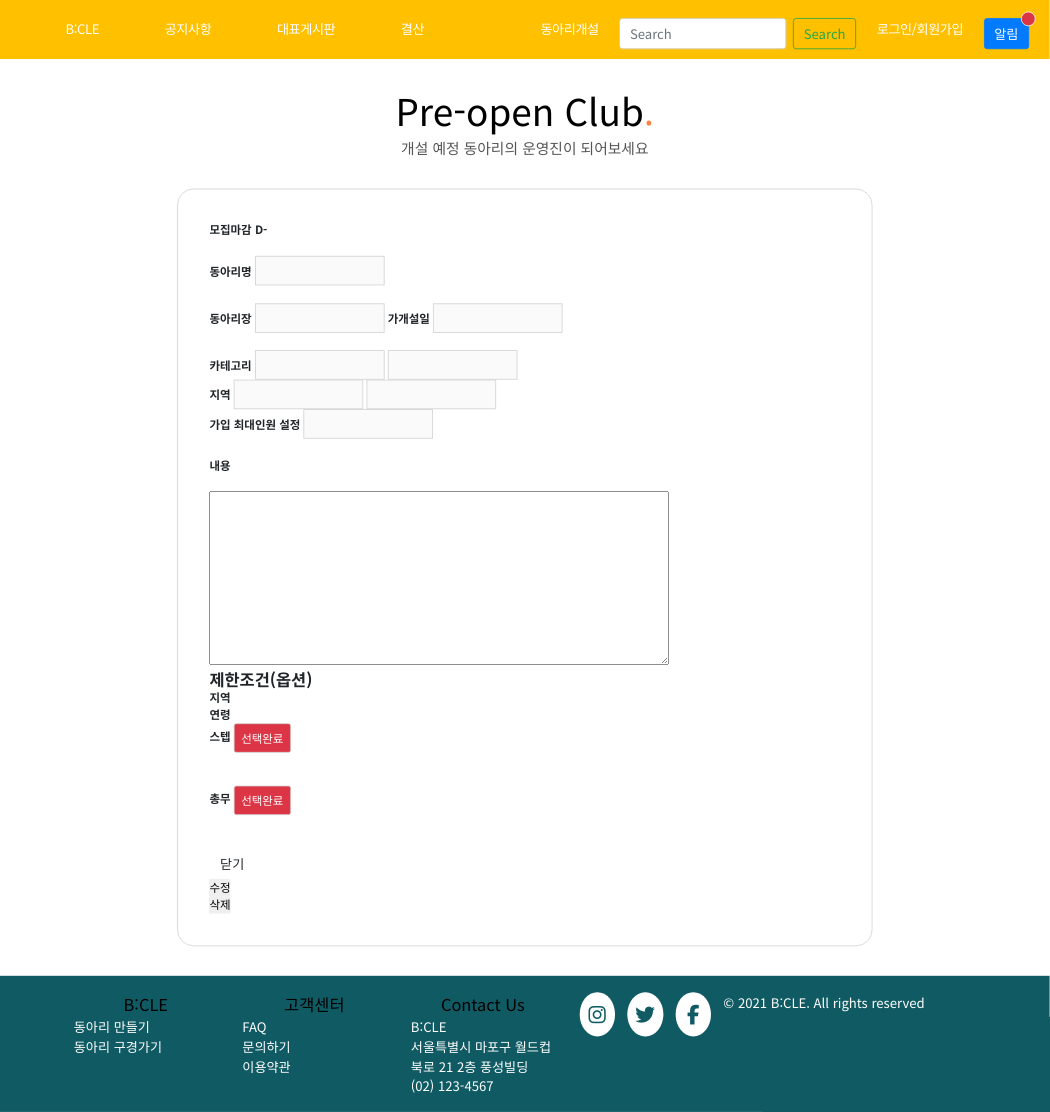
Repository: CHAEYUN7074/SpringProject
Page: http://localhost/viewpages/WEB-INF/view/ClubBeforeOpenedContents.jsp
An editor plug-in stored every save of this project. The page is shown before and after the next save, followed by the edit.
The browser window is 1280 px wide. The pictures show the whole page, at 82% of full size.
Some web fonts or font styles are not loaded; a fallback is used. Some web libraries are served in a nearby version. The page is served by Tomcat 9. Nobody is signed in. Other server files are loaded and not shown. The template is opened directly, without the code that normally fills it, so the values that code supplies are empty.

Above is the page before, as saved 2021-12-27 14:06:26.

### viewpages/WebContent/WEB-INF/view/ClubBeforeOpenedContents.jsp
<%@ page contentType="text/html; charset=UTF-8"%>
<%@ taglib prefix="c" uri="http://java.sun.com/jsp/jstl/core"%>
<%
   request.setCharacterEncoding("UTF-8");
String cp = request.getContextPath();
%>
<!DOCTYPE html>
<html>
<head>
<meta charset="UTF-8">
<title>ClubBeforeOpenedContents.jsp</title>
<link rel="stylesheet" href="css/mainpage.css">
<script type="text/javascript" src="http://code.jquery.com/jquery.min.js"></script>
<script type="text/javascript" src="<%=cp%>/js/jquery-ui.js"></script>
<script type="text/javascript" src="<%=cp%>/js/ajax.js"></script>

<!-- 부트스트랩 -->

<!-- <link rel="stylesheet" href="https://maxcdn.bootstrapcdn.com/bootstrap/3.4.1/css/bootstrap.min.css"> -->
<link href="https://cdn.jsdelivr.net/npm/bootstrap@5.1.3/dist/css/bootstrap.min.css" rel="stylesheet">
  <script src="https://cdn.jsdelivr.net/npm/bootstrap@5.1.3/dist/js/bootstrap.bundle.min.js"></script>
<script type="text/javascript" src="js/bootstrap.min.js"></script>
<style type="text/css">
@import
   url('https://fonts.googleapis.com/css?family=Exo+2|Noto+Sans+KR&display=swap')
   ;

.list-title{margin-top : 5vh;}
.profile {
   width: 100%;
   height: 100%;
   object-fit: cover;
}

.container {
   display: flex;
}

#staffModal {
   z-index: 9999;
}

#managerModal {
   z-index: 9999;
}

#contents {
   margin : 5vh 30vh 5vh 30vh;
   padding : 3%;
   border : 1px solid lightgray;
   border-radius : 20px;
   font-family: 'Noto Sans KR', sans-serif;
   font-weight:bold;
}

#contents input {  border : 1px solid lightgray;    height : 5vh; margin-right : 0vh; height : 5vh}
#contents p {margin-bottom : 3vh;}


</style>

<script>
$(document).ready(function()
{
   //alert('${admin}');
   //alert(('${admin}' == ""));

   //스텝 지원하기 눌렀을 때
   $("#applyBtn1").click(function()
   {
      var cid = '${clubDetail.cid}';
      var mid = '${mid}';
      var position_id = 3; // 스태프 직위 번호는 3

      alert("스태프 지원 완료!");
      $(location).attr("href", "preclubjoininsert.action?cid="+cid+"&mid="+mid+"&position_id="+position_id);

    });

   //총무 지원하기 눌렀을 때
   $("#applyBtn2").click(function()
   {
      var cid = '${clubDetail.cid}';
      var mid = '${mid}';
      var position_id = 2; // 총무 직위 번호는 2

      alert("총무 지원 완료!");
      $(location).attr("href", "preclubjoininsert.action?cid="+cid+"&mid="+mid+"&position_id="+position_id);

    });

   //스텝 지원취소 눌렀을 때
   $("#cancleBtn1").click(function()
   {
      var cid = '${clubDetail.cid}';
      var mid = '${mid}';

      if(confirm("스태프 지원을 취소하겠습니까?"))
      {
         $(location).attr("href", "preclubjoindelete.action?cid="+cid+"&mid="+mid);
      }
    });

   //총무 지원취소 눌렀을 때
   $("#cancleBtn2").click(function()
   {
      var cid = '${clubDetail.cid}';
      var mid = '${mid}';

      if(confirm("총무 지원을 취소하겠습니까?"))
      {
         $(location).attr("href", "preclubjoindelete.action?cid="+cid+"&mid="+mid);
      }
    });


   $(function()
   {
      $(".updateBtn").click(function()
      {
         //alert($(this).val());
         $(location).attr("href", "preclubupdateform.action?cid=" + $(this).val());

      });

      $(".deleteBtn").click(function()
      {
         //alert($(this).val());
         if(confirm("현재 선택한 데이터를 정말 삭제하시겠습니까?"))
         {
            $(location).attr("href", "preclubdelete.action?cid=" + $(this).val());
         }
      });

   });

    //글 작성자에게만 수정 버튼이 보이도록한다.
      $(document).ready(function()
      {
         if ('${mid}' == '${clubDetail.mid}')

         {
            $("#updateBtn").css("display", "block");
         } else
         {
            $("#updateBtn").css("display", "none");
         }

      });

      //글 작성자에게만 삭제 버튼이 보이도록한다. ++ // 관리자
      $(document).ready(function()
      {

         if (('${mid}' == '${clubDetail.mid}') ||('${admin}' != ""))

         {
            $("#deleteBtn").css("display", "block");
         } else
         {
            $("#deleteBtn").css("display", "none");
         }

      });

      $(".updateBtn").click(function()
      {
         $('#managerModal').modal('show');
      });



});

</script>
</head>
<body>

   <!--
ClubBeforeOpenedContents.jsp
- 메인화면(로그인 전) 페이지 2 -⑤ 회원 모집 동아리 상세페이지(내용)
- 개절예정 동아리(스탭프 지원(동의)받는중)
 -->
   <div class="wrap">
      <!-- 네브 영역 -->
      <div>
         <c:import url="nav.jsp"></c:import>
      </div>


       <section class="list-title">
         <div class="title">
            <h2>Pre-open Club<span>.</span></h2>
            <p>개설 예정 동아리의 운영진이 되어보세요</p>
         </div>
      </section>

      <!-- 콘텐츠 영역 -->
      <div id="contents">
         <div>
            <p>모집마감 D- ${clubDetail.day} </p>
         </div>

         <div>
            <form action="">
               <div>
                  <p>   동아리명
                  <input type="text" id="title" name="title" value="${clubDetail.title }"  disabled="disabled">
                  </p>
                  <p>
                     동아리장
                     <input type="text" id="nickname" name="nickname" value="${clubDetail.nickname }" disabled="disabled">
                     가개설일
                     <input type="text" id="preopendate" name="preopendate" value="${clubDetail.preopendate}" disabled="disabled">
                  </p>
                  <div>
                     카테고리
                     <input type="text" id="l_cat" name="l_cat" value="${clubDetail.l_cat}" disabled="disabled">
                     <input type="text" id="s_cat" name="s_cat" value="${clubDetail.s_cat}" disabled="disabled">
                  </div>
                  <div>
                     지역
                     <input type="text"  value="${clubDetail.city}" disabled="disabled">
                     <input type="text" value="${clubDetail.local}" disabled="disabled">
                  </div>
                  <p>
                     가입 최대인원 설정
                     <input type="text" value="${clubDetail.max}" disabled="disabled">
                  </p>
                  <div>
                     <p>내용</p>
                     <textarea rows="10" cols="70">
                     ${clubDetail.content}
                     </textarea>
                  </div>

                  <div>
                     <h5>제한조건(옵션)</h5>
                     <div>
                     <!-- if로 받아온 지역제한 코드가 'X'면 없음으로 보이고
                     있으면 받아온 지역명으로 보이게-->
                        지역&nbsp;
                     <c:choose>
                        <c:when test="${clubDetail.limit_id eq 'X'}">
                           <input type="text" value="없음" disabled="disabled">
                           <input type="text" value="없음" disabled="disabled">
                        </c:when>
                     </c:choose>
                     <c:choose>
                        <c:when test="${clubDetail.limit_id eq 'O'}">
                           <input type="text" value="${clubDetail.city}" disabled="disabled">
                           <input type="text" value="${clubDetail.local}" disabled="disabled">
                        </c:when>
                     </c:choose>
                     </div>

                     <div>
                     <!-- if로 받아온 나이제한 코드가 'X'면 없음으로 보이고
                     있으면 받아온 최대나이와 최소나이로 보이게  -->
                        연령&nbsp;
                        <c:choose>
                           <c:when test="${clubDetail.agelimit_id eq 'X'}">
                              <input type="text" value="없음" disabled="disabled">
                              <input type="text" value="없음" disabled="disabled">
                           </c:when>
                        </c:choose>
                        <c:choose>
                           <c:when test="${clubDetail.agelimit_id eq 'O'}">
                              <input type="text" value="${clubDetail.min_age}"
                                 disabled="disabled"> ~
                              <input type="text" value="${clubDetail.max_age}"
                                 disabled="disabled">
                           </c:when>
                        </c:choose>
                     </div>

                     <!-- 우선 자기 동아리 인지 / 아닌지
                     자기 동아리면 지원하기가 아니고 선정하기 -->

                     <div>
                        스텝
                        <c:choose>
                           <c:when test="${clubDetail.mid eq mid and staffCnt eq 0}">
                              <button type="button" class="btn btn-success btn-sm"
                                 data-bs-toggle="modal" data-bs-target="#staffModal" id="choiceBtn1">
                                 선정하기</button>

                           </c:when>
                           <c:when test="${clubDetail.mid eq mid and staffCnt ne 0}">
                              <input type="button" class="btn btn-danger btn-sm" value="선택완료" readonly="readonly" >
                           </c:when>
                           <c:when test="${joinCheck eq -1}"> <!-- 가입신청이 안되어있으면 지원하기 보임 -->
                              <input type="button" value="지원하기" id="applyBtn1" >
                           </c:when>
                           <c:when test="${joinCheck eq 3}"> <!-- 이미 해당 포지션에 지원 했다면 지원취소 보임 -->
                              <input type="button" value="지원취소" id="cancleBtn1" >
                           </c:when>
                        </c:choose>
                     <!--
                        <div class="container"> 5개마다 그려줘야함
                           <div class="box" style="background: #BDBDBD;">
                              <img class="profile" src="">
                           </div>
                           <div class="box" style="background: #BDBDBD;">
                              <img class="profile" src="">
                           </div>
                           <div class="box" style="background: #BDBDBD;">
                              <img class="profile" src="">
                           </div>
                           <div class="box" style="background: #BDBDBD;">
                              <img class="profile" src="">
                           </div>
                           <div class="box" style="background: #BDBDBD;">
                              <img class="profile" src="">
                           </div>
                        </div> - -->

                        <!-- 선정하기를 완료하면 선정완료로 변 -->
                        <div class="container">
                           <table>
                           <tr>
                              <c:forEach var="staff" items="${applyStaffList }" varStatus="status">
                                 <c:if test="${status.index%5==0 }">
                                    </tr><tr>
                                 </c:if>
                                 <td>
                                 <c:choose>
                                       <c:when test="${clubDetail.mid eq mid}"> <!-- 동아리 장이면 프로필 이동 가능 (a태그) -->
                                          <a href="memberprofile.action?mid=${staff.mid}"
                                          onclick="window.open(this.href, '회원 프로필' , 'width=900,height=600'); return false;">
                                          <img src="${staff.url }" class="rounded-circle" alt="Cinque Terre" width="100" height="100">
                                          <br> ${staff.nickname }
                                          </a>
                                       </c:when>
                                       <c:otherwise> <!-- 동아리 장 아니면 프로필 이동 불가, 사진과 닉네임만 보여짐 -->
                                          <img src="${staff.url }" class="rounded-circle" alt="Cinque Terre" width="100" height="100">
                                          <br> ${staff.nickname }
                                       </c:otherwise>
                                    </c:choose>
                                 </td>
                              </c:forEach>
                           </tr>

                           </table>
                        </div>
                     </div>

                     <div>
                        총무
                        <c:choose>
                           <c:when test="${clubDetail.mid eq mid and managerCnt eq 0}">
                              <button type="button" class="btn btn-success btn-sm"
                                 data-bs-toggle="modal" data-bs-target="#managerModal"
                                  id="choiceBtn2">
                                 선정하기</button>
                                 <%-- <c:import url="ChoiceModal.jsp"></c:import> --%>
                           </c:when>
                           <c:when test="${clubDetail.mid eq mid and managerCnt ne 0}">
                              <input type="button" class="btn btn-danger btn-sm" value="선택완료" readonly="readonly" >
                           </c:when>
                           <c:when test="${joinCheck eq -1}">
                              <input type="button" value="지원하기" id="applyBtn2" >
                           </c:when>
                           <c:when test="${joinCheck eq 2}">
                              <input type="button" value="지원취소" id="cancleBtn2" >
                           </c:when>
                        </c:choose>

                        <div class="container">
                           <table>
                           <tr>
                              <c:forEach var="manager" items="${applyManagerList }" varStatus="status">
                                 <c:if test="${status.index%5==0 }">
                                    </tr><tr>
                                 </c:if>
                                 <td>
                                    <c:choose>
                                       <c:when test="${clubDetail.mid eq mid}"> <!-- 동아리 장이면 프로필 이동 가능 (a태그) -->
                                          <a href="memberprofile.action?mid=${manager.mid}"
                                          onclick="window.open(this.href, '회원 프로필' , 'width=900,height=600'); return false;">
                                          <img src="${manager.url }" class="rounded-circle" alt="Cinque Terre" width="100" height="100">
                                          <br> ${manager.nickname }
                                          </a>
                                       </c:when>
                                       <c:otherwise>
                                          <img src="${manager.url }" class="rounded-circle" alt="Cinque Terre" width="100" height="100">
                                          <br> ${manager.nickname }
                                       </c:otherwise>
                                    </c:choose>

                                 </td>
                              </c:forEach>
                           </tr>

                           </table>
                        </div>
                     </div>

                  <div>
                        <button type="button" class="btn" id="closeBtn"
                           onclick="location.href='clubprelistform.action'">닫기</button>

                        <button type="button" class="updateBtn" id="updateBtn"
                           onclick="checkId()" value="${clubDetail.cid }"
                           style="display: block">수정</button>
                        <button type="button" class="deleteBtn" id="deleteBtn" onclick="checkId2()"
                           value="${clubDetail.cid }">삭제</button>
                     </div>


               </div>
            </form>
         </div>
      </div>
       </div>

      <!-- 풋터영역 -->
      <div>
         <c:import url="footer.jsp"></c:import>
      </div>


<!-- ○ 스태프 선택 모달 -->
<!-- Modal : 처음에는 안보이게 설정이 되어 있다. -->
<!-- The Modal -->
<div class="modal fade" id="staffModal">  <!-- fade 천천히 나타나게 해주는 -->
  <div class="modal-dialog "> <!-- 뒤에 백그라운드 어두어지게 하는거 -->

    <!-- Modal content -->
    <form action="memberselect.action?cid=${clubDetail.cid }" method="post"> <!-- 폼태그로 넘기거나, 자바스크립트를 사용하거나  -->
    <div class="modal-content"> <!-- 모달의 전체적인 구성 -->

      <!-- Modal Header -->
      <div class="modal-header">
        <h5 class="modal-title">함께하기</h5>
        <button type="button" class="btn-close" data-bs-dismiss="modal"></button> <!-- X버튼을 클릭하면 모달이 닫힌다. -->
      </div>

      <!-- Modal body -->
      <div class="modal-body">
         <div class="row">
            <c:forEach var="staff" items="${applyStaffList }" varStatus="status">
               <c:if test="${status.index%3==0 }">
                  </div><div class="row">
               </c:if>
               <div class="col-lg-4">
                  <img src="${staff.url }" class="rounded-circle" alt="Cinque Terre" width="80" height="80">
                  <p>${staff.nickname }<p>
                  &nbsp;&nbsp;&nbsp;&nbsp;&nbsp;
                  <input type="radio" class="form-check-input" id="selectRadio" name="selectRadio" value="${staff.mid }">
                  <label class="form-check-label" for="selectRadio"></label>
               </div>
            </c:forEach>
            </div>
      </div>

      <!-- Modal footer -->
      <div class="modal-footer">
         <button type="submit" class="btn btn-success" data-bs-dismiss="modal">선택</button>
        <button type="button" class="btn btn-danger" data-bs-dismiss="modal">취소</button>
      </div>

    </div> <!-- end modal-content  -->
    </form>

  </div>
</div> <!-- staffModal end -->

 <!-- 총무 선택 모달 -->
<div class="modal fade" id="managerModal">  <!-- fade 천천히 나타나게 해주는 -->
  <div class="modal-dialog "> <!-- 뒤에 백그라운드 어두어지게 하는거 -->

    <!-- Modal content -->
    <form action="memberselect.action?cid=${clubDetail.cid }" method="post"> <!-- 폼태그로 넘기거나, 자바스크립트를 사용하거나  -->
    <div class="modal-content"> <!-- 모달의 전체적인 구성 -->

      <!-- Modal Header -->
      <div class="modal-header">
        <h5 class="modal-title">함께하기</h5>
        <button type="button" class="btn-close" data-bs-dismiss="modal"></button> <!-- X버튼을 클릭하면 모달이 닫힌다. -->
      </div>

      <!-- Modal body -->
      <div class="modal-body">
         <div class="row">
            <c:forEach var="manager" items="${applyManagerList }" varStatus="status">
               <c:if test="${status.index%3==0 }">
                  </div><div class="row">
               </c:if>
               <div class="col-lg-4">
                  <img src="${manager.url }" class="rounded-circle" alt="Cinque Terre" width="80" height="80">
                  <p>${manager.nickname }<p>
                  &nbsp;&nbsp;&nbsp;&nbsp;&nbsp;
                  <input type="radio" class="form-check-input" id="selectRadio" name="selectRadio" value="${manager.mid }">
                  <label class="form-check-label" for="selectRadio"></label>
               </div>
            </c:forEach>
            </div>
      </div>

      <!-- Modal footer -->
      <div class="modal-footer">
         <button type="submit" class="btn btn-success" data-bs-dismiss="modal">선택</button>
        <button type="button" class="btn btn-danger" data-bs-dismiss="modal">취소</button>
      </div>

    </div> <!-- end modal-content  -->
    </form>

  </div>
</div>

</body>
</html>

Loaded but not shown: viewpages/WebContent/js/jquery-ui.js (library); viewpages/WebContent/js/bootstrap.min.js (library); viewpages/WebContent/js/ajax.js (47 lines, source omitted); viewpages/WebContent/css/mainpage.css (112 lines, source omitted); viewpages/WebContent/WEB-INF/view/nav.jsp (266 lines, source omitted); viewpages/WebContent/WEB-INF/view/footer.jsp (213 lines, source omitted)

After the next save:
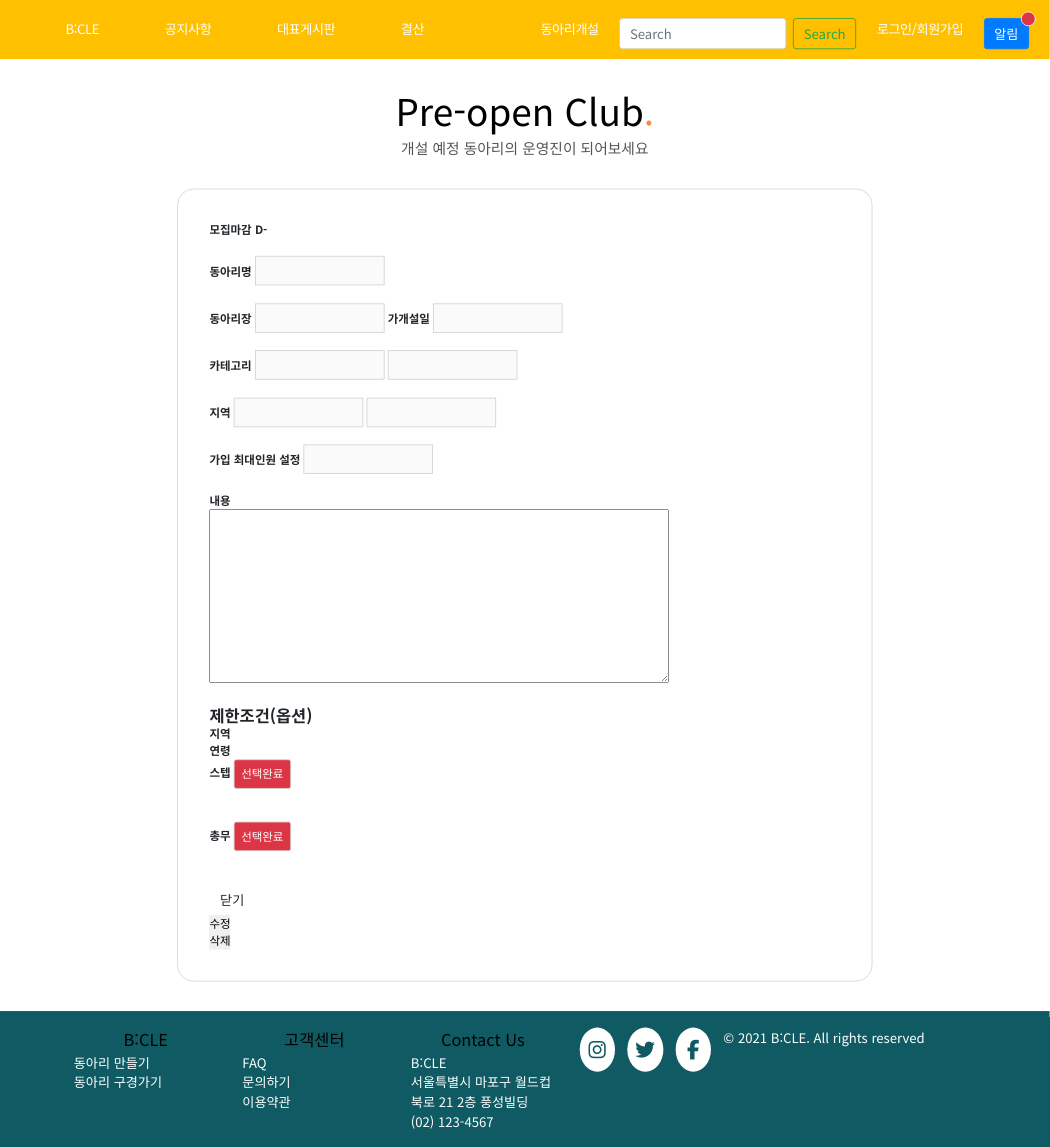
Saved 97 s later.
--- a/viewpages/WebContent/WEB-INF/view/ClubBeforeOpenedContents.jsp
+++ b/viewpages/WebContent/WEB-INF/view/ClubBeforeOpenedContents.jsp
@@ -213,26 +213,26 @@ ClubBeforeOpenedContents.jsp
                      가개설일
                      <input type="text" id="preopendate" name="preopendate" value="${clubDetail.preopendate}" disabled="disabled">
                   </p>
-                  <div>
+                  <p>
                      카테고리
                      <input type="text" id="l_cat" name="l_cat" value="${clubDetail.l_cat}" disabled="disabled">
                      <input type="text" id="s_cat" name="s_cat" value="${clubDetail.s_cat}" disabled="disabled">
-                  </div>
-                  <div>
+                  </p>
+                  <p>
                      지역
                      <input type="text"  value="${clubDetail.city}" disabled="disabled">
                      <input type="text" value="${clubDetail.local}" disabled="disabled">
-                  </div>
+                  </p>
                   <p>
                      가입 최대인원 설정
                      <input type="text" value="${clubDetail.max}" disabled="disabled">
                   </p>
-                  <div>
-                     <p>내용</p>
+                  <p>
+                     내용<br>
                      <textarea rows="10" cols="70">
                      ${clubDetail.content}
                      </textarea>
-                  </div>
+                  </p>
 
                   <div>
                      <h5>제한조건(옵션)</h5>
@@ -315,7 +315,7 @@ ClubBeforeOpenedContents.jsp
                            </div>
                         </div> - -->
 
-                        <!-- 선정하기를 완료하면 선정완료로 변 -->
+                        <!-- 선정하기를 완료하면 선정완료로 변경 -->
                         <div class="container">
                            <table>
                            <tr>
